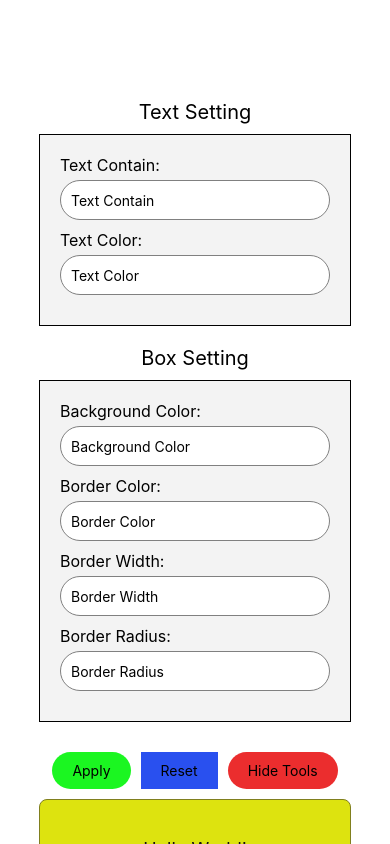
Repository: amirjavadikia/mobile-projectg
Screen: /
These files come from the project's save history. The screen is drawn as it stood at one moment and after the next save; the edit follows.
An inner scrolling area shows only its first screen. The app was drawn by React Native's web renderer in a window 390 px wide. The project was rebuilt for these pictures with package versions that can differ from the ones it lists, and the page was loaded fresh each time.

Above is the screen before, as saved 2024-05-14 22:27:27.

### App.tsx
//
// => BOXES PROJECT
//

// import React from 'react';
// import { View, Text, StyleSheet } from 'react-native';
// import { FontAwesomeIcon } from '@fortawesome/react-native-fontawesome';
// import { faGear } from '@fortawesome/free-solid-svg-icons/faGear';
// import { faLocationDot } from '@fortawesome/free-solid-svg-icons/faLocationDot';
// import { faAddressBook } from '@fortawesome/free-solid-svg-icons/faAddressBook';


// const MainPage = () => {
//   return (
//     <View style={styles.container}>

//       <View style={[styles.blueBackground]}>
//         <Text style={styles.text}>Welcome to my app!</Text>
//       </View>


//       <View style={[styles.box, styles.purpleBackground]}>
//       <FontAwesomeIcon icon={faLocationDot} />
//         <Text style={styles.text}>Location</Text>
//       </View>


//       <View style={[styles.box, styles.yellowBackground]}>
//       <FontAwesomeIcon icon={faGear} />
//         <Text style={styles.text}>Settings</Text>
//       </View>


//       <View style={[styles.box, styles.redBackground]}>
//       <FontAwesomeIcon icon={faAddressBook} />
//         <Text style={styles.text}>Contacts</Text>
//       </View>

//     </View>
//   );
// };

// const styles = StyleSheet.create({
//   container: {
//     justifyContent: 'center',
//     alignItems: 'center',
//     margin: 10
//   },
//   box: {
//     width: '100%',
//     height: 100,
//     borderRadius: 10,
//     marginBottom: 15,
//     justifyContent: 'center',
//     textAlign: 'center',
//     alignItems: 'center',
//   },
//   blueBackground: {
//     backgroundColor: '#01008A',
//     borderRadius: 30,
//     width: '100%',
//     height: '10%',
//     justifyContent: 'center',
//     alignItems: 'center',
//     marginBottom: 20
//   },
//   purpleBackground: {
//     backgroundColor: '#810081',
//   },
//   yellowBackground: {
//     backgroundColor: '#fea501',
//   },
//   redBackground: {
//     backgroundColor: '#fe0002',
//   },
//   text: {
//     color: 'white',
//     fontSize: 20,
//     marginLeft: 10,
//   },
// });

// export default MainPage;





//
// => MIDTERM PROJECT
//


import React, { useState } from 'react';
import { View, Text, TextInput, StyleSheet, Button, ScrollView, TouchableOpacity } from 'react-native';

const App = () => {
  const [text, setText] = useState('Hello World!');
  const [showTools, setShowTools] = useState(true);
  const [newText, setNewText] = useState('');
  const [newTextColor, setNewTextColor] = useState('');
  const [newBackgroundColor, setNewBackgroundColor] = useState('');
  const [newBorderColor, setNewBorderColor] = useState('');
  const [newBorderWidth, setNewBorderWidth] = useState('');
  const [newBorderRadius, setNewBorderRadius] = useState('');
  const [applyChanges, setApplyChanges] = useState(false);

  const handleTextChange = (inputText) => {
    setNewText(inputText);
    setApplyChanges(false);
  };

  const handleTextColorChange = (inputText) => {
    setNewTextColor(inputText);
    setApplyChanges(false);
  };

  const handleBackgroundChange = (inputText) => {
    setNewBackgroundColor(inputText);
    setApplyChanges(false);
  };

  const handleBorderColorChange = (inputText) => {
    setNewBorderColor(inputText);
    setApplyChanges(false);
  };

  const handleBorderWidthChange = (inputText) => {
    setNewBorderWidth(inputText);
    setApplyChanges(false);
  };

  const handleBorderRadiusChange = (inputText) => {
    setNewBorderRadius(inputText);
    setApplyChanges(false);
  };

  const handleApplyChanges = () => {
    setText(newText);
    setApplyChanges(true);
  };

  const handleResetChanges = () => {
    setApplyChanges(false);
    setText('');
    setNewText('');
    setNewTextColor('');
    setNewBackgroundColor('');
    setNewBorderColor('');
    setNewBorderWidth('');
    setNewBorderRadius('');
  };

  const handleToggleTools = () => {
    setShowTools(!showTools);
  };

  return (
    <ScrollView contentContainerStyle={styles.scrollViewContent}>
      <View style={styles.container}>
        {showTools && (
          <>
            <Text style={styles.title}>Text Setting</Text>
            <View style={styles.section}>
              <Text style={styles.label}>Text Contain:</Text>
              <TextInput
                style={styles.input}
                onChangeText={handleTextChange}
                value={newText}
                placeholder="Text Contain"
              />
              <Text style={styles.label}>Text Color:</Text>
              <TextInput
                style={styles.input}
                onChangeText={handleTextColorChange}
                value={newTextColor}
                placeholder="Text Color"
              />
            </View>

            <Text style={styles.title}>Box Setting</Text>
            <View style={styles.section}>
              <Text style={styles.label}>Background Color:</Text>
              <TextInput
                style={styles.input}
                onChangeText={handleBackgroundChange}
                value={newBackgroundColor}
                placeholder="Background Color"
              />
              <Text style={styles.label}>Border Color:</Text>
              <TextInput
                style={styles.input}
                onChangeText={handleBorderColorChange}
                value={newBorderColor}
                placeholder="Border Color"
              />
              <Text style={styles.label}>Border Width:</Text>
              <TextInput
                style={styles.input}
                onChangeText={handleBorderWidthChange}
                value={newBorderWidth}
                placeholder="Border Width"
              />
              <Text style={styles.label}>Border Radius:</Text>
              <TextInput
                style={styles.input}
                onChangeText={handleBorderRadiusChange}
                value={newBorderRadius}
                placeholder="Border Radius"
              />
            </View>


          </>
        )}
        <View style={styles.buttonGroup}>
              { showTools && (
                <>
                <TouchableOpacity
               onPress={handleApplyChanges}
               style={styles.applyButton}
            >
              <Text>Apply</Text>
            </TouchableOpacity>

                <TouchableOpacity
               onPress={handleResetChanges}
               style={styles.resetButton}
            >
              <Text>Reset</Text>
            </TouchableOpacity>
                </>
              )}
              <TouchableOpacity
               onPress={handleToggleTools}
               style={styles.showButton}
            >
              <Text>{showTools ? "Hide Tools" : "Show Tools"}</Text>
            </TouchableOpacity>
            </View>
        <View style={[styles.box, { backgroundColor: applyChanges ? newBackgroundColor : '#dde30f', borderRadius: applyChanges ? parseInt(newBorderRadius) || 0 : 8, borderWidth: applyChanges ? parseInt(newBorderWidth) || 1 : 1, borderColor: applyChanges ? newBorderColor : "#807f1e" }]}>
          <Text style={[styles.boxText, {color: applyChanges ? newTextColor : '#111'}]}>{text || "Hello World!"}</Text>
        </View>
      </View>
    </ScrollView>
  );
};

const styles = StyleSheet.create({
  scrollViewContent: {
    flexGrow: 1,
  },
  container: {
    flex: 1,
    alignItems: 'center',
    justifyContent: 'center',
    marginTop: 100,
    backgroundColor: '#fff',
  },
  section: {
    width: '80%',
    marginBottom: 20,
    backgroundColor: "#f3f3f3",
    borderWidth: 1,
    padding: 20
  },
  title: {
    fontSize: 20,
    marginBottom: 10,
  },
  label: {
    fontSize: 16,
    marginBottom: 5,
  },
  input: {
    width: '100%',
    height: 40,
    borderWidth: 1,
    borderColor: 'gray',
    marginBottom: 10,
    paddingHorizontal: 10,
    textAlign: 'left',
    borderRadius: 30,
    backgroundColor: "#fff"
  },
  box: {
    width: '80%',
    height: 100,
    backgroundColor: '#dde30f',
    justifyContent: 'center',
    alignItems: 'center',
  },
  boxText: {
    fontSize: 18
  },
  buttonGroup: {
    display: 'flex',
    flexDirection: 'row',
    justifyContent: 'space-around',
    marginVertical: 10,
  },
  applyButton: {
    marginRight: 10,
    borderRadius: 20,
    backgroundColor: '#1bf621',
    paddingVertical: 10,
    paddingHorizontal: 20,
    alignItems: 'center',
    justifyContent: 'center'
  },
  resetButton: {
    marginRight: 10,
    backgroundColor: '#2950ef',
    paddingVertical: 10,
    paddingHorizontal: 20,
    alignItems: 'center',
    justifyContent: 'center'
  },
  showButton: {
    borderRadius: 20,
    backgroundColor: '#eb2d2e',
    paddingVertical: 10,
    paddingHorizontal: 20,
    alignItems: 'center',
    justifyContent: 'center'
  }
});

export default App;

After the next save:
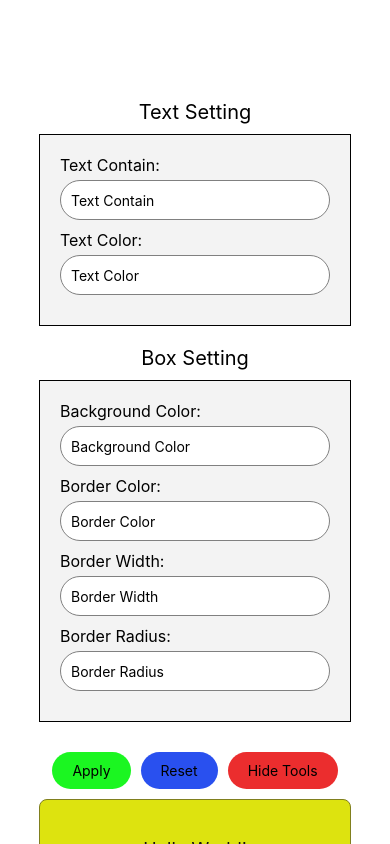
Saved 11 s later.
--- a/App.tsx
+++ b/App.tsx
@@ -309,6 +309,7 @@ const styles = StyleSheet.create({
     justifyContent: 'center'
   },
   resetButton: {
+    borderRadius: 20,
     marginRight: 10,
     backgroundColor: '#2950ef',
     paddingVertical: 10,
